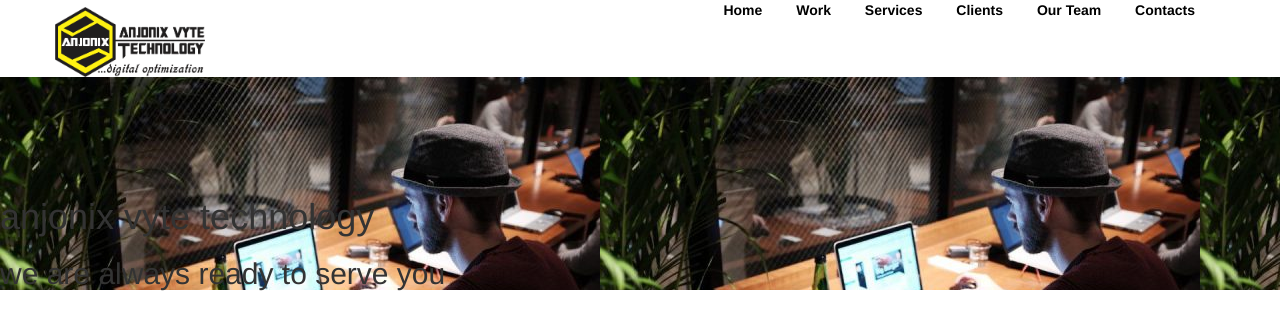
Repository: anjonix/Responsive-Website
Page: contact-form.html
An editor plug-in stored every save of this project. The page is shown before and after the next save, followed by the edit.
The browser window is 1280 px wide. The pictures show the whole page.

Above is the page before, as saved 2019-07-09 12:47:34.

After the next save:
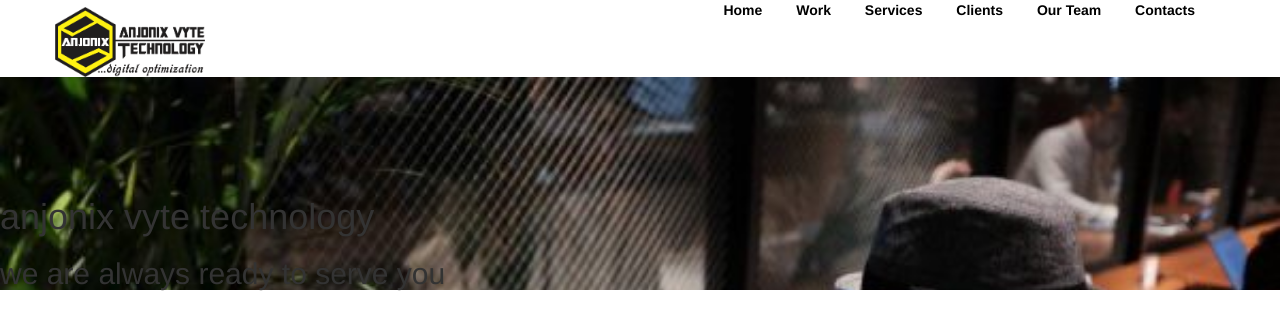
Saved 60 s later.
--- a/CSS/Contactform style.css
+++ b/CSS/Contactform style.css
@@ -7,7 +7,9 @@
     margin: 0;
     padding-top: 100px;
     text-emphasis: center;
-    background-image: url(..//Images/image7.jpg)
+    background-image: url(..//Images/image7.jpg);
+    background-size: cover;
+
 }
 }
 header
